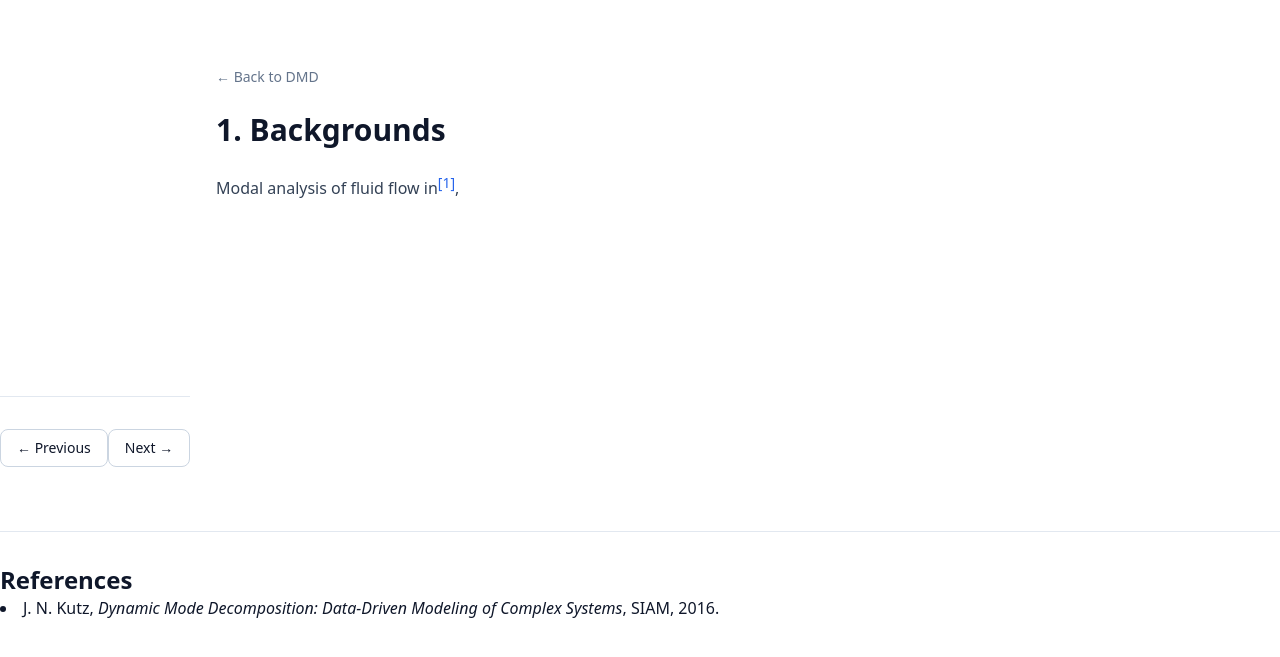
Repository: JWS625/JWS625.github.io
Page: notes/modal_analysis/01_background.html
These files come from the project's save history. The page is drawn as it stood at one moment and after the next save; the edit follows.
The browser window is 1280 px wide. The pictures show the whole page.
Some web libraries are served in a nearby version.

Above is the page before, as saved 2026-02-20 18:31:57.

After the next save:
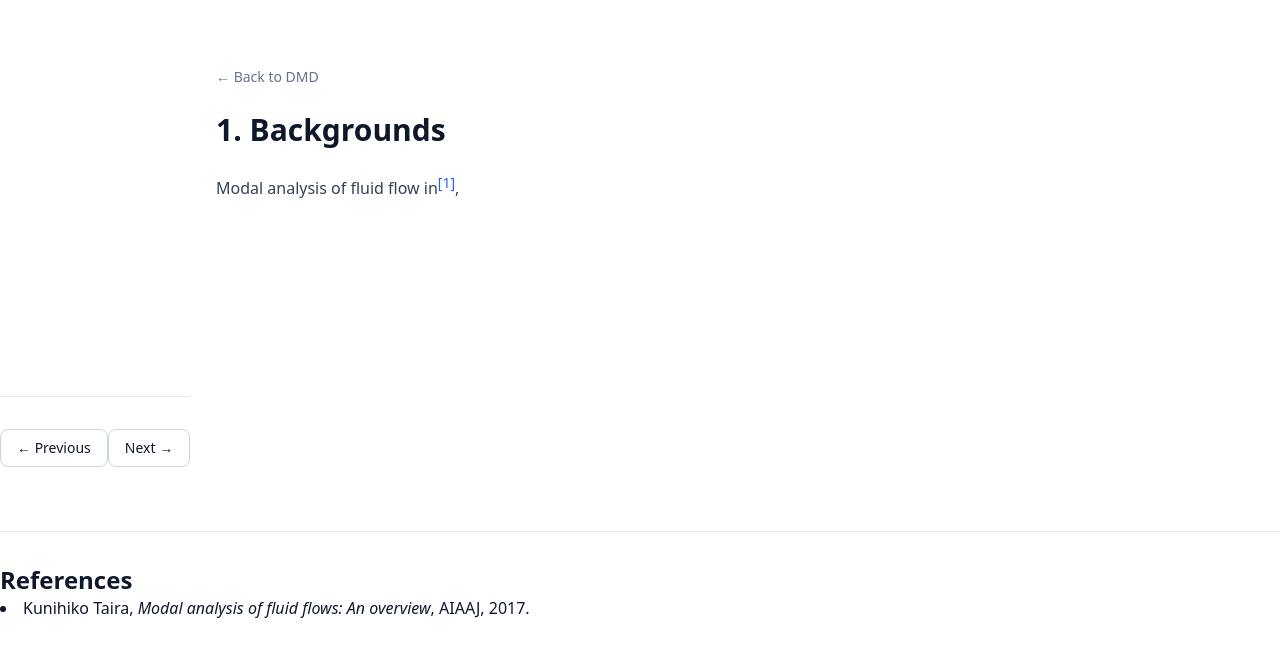
Saved 68 s later.
--- a/notes/modal_analysis/01_background.html
+++ b/notes/modal_analysis/01_background.html
@@ -50,9 +50,9 @@ window.MathJax = {
   <h2 class="text-2xl font-semibold">References</h2>
 
     <li id="taira2017modal">
-      J. N. Kutz,
-      <em>Dynamic Mode Decomposition: Data-Driven Modeling of Complex Systems</em>,
-      SIAM, 2016.
+      Kunihiko Taira,
+      <em>Modal analysis of fluid flows: An overview</em>,
+      AIAAJ, 2017.
     </li>
   </ol>
 </section>
